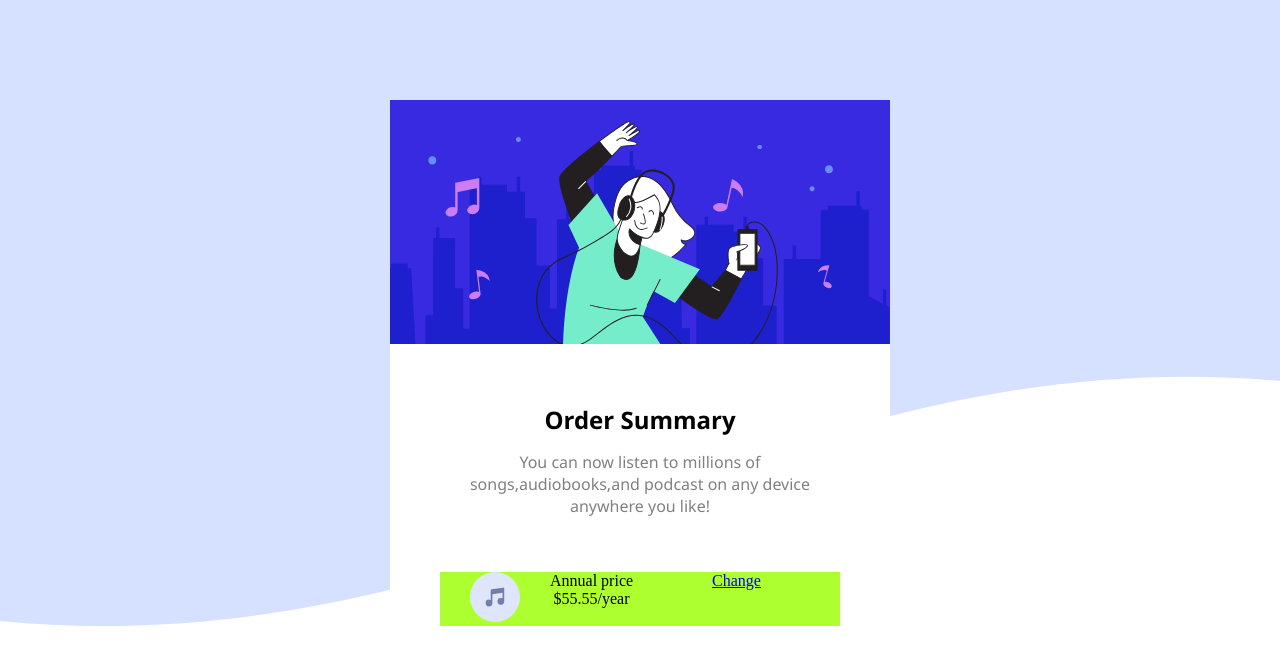
Repository: Eugene44-hub/newbie-project
Page: index.html
These files come from the project's save history. The page is drawn as it stood at one moment and after the next save; the edit follows.
The browser window is 1280 px wide. The pictures show the whole page.

Above is the page before, as saved 2021-08-29 03:33:58.

### index.html
<!DOCTYPE html>
<html lang="en">

<head>
    <link rel="stylesheet" href="style.css">
    <meta charset="UTF-8">
    <meta http-equiv="X-UA-Compatible" content="IE=edge">
    <meta name="viewport" content="width=device-width, initial-scale=1.0">
    <title>Document</title>
</head>

<body>
    <div class="container">

        <div class="card-container">
            <div class="card">
                <div class="content">
                    <img src="illustration-hero.svg">
                    <div class="text">
                        <h2>Order Summary</h2>
                        <p>You can now listen to millions of songs,audiobooks,and podcast on any device anywhere you like!</p>
                    </div>
                    <div class="musicCard">
                        <div class=musicIcon> <img src="icon-music.svg" id="icon" alt=""></div>
                        <div class="sub">Annual price <br>$55.55/year
                        </div>
                        <div class="link">
                            <a href="#">Change</a>
                        </div>
                    </div>
                </div>

            </div>
        </div>

    </div>
</body>

</html>

### style.css
* {
    padding: 0;
    margin: 0;
}

.container {
    background-image: url('pattern-background-desktop.svg');
    background-repeat: no-repeat;
    background-position: center;
    background-size: cover;
}

.card-container {
    display: flex;
    justify-content: center;
    align-content: center;
    padding-top: 100px;
}

img {
    width: 100%;
}

.card {
    flex: 50%;
    max-width: 500px;
}

.content {
    text-align: center;
    background-color: white;
}

h2,
p {
    font-family: 'Segoe UI', Tahoma, Geneva, Verdana, sans-serif;
}

.text {
    padding: 55px;
}

h2 {
    margin-bottom: 15px;
}

p {
    color: grey;
}

.musicCard {
    display: flex;
    justify-content: center;
    align-content: center;
    width: 80%;
    margin: auto;
    background-color: greenyellow;
}

.link {
    flex: 5%;
}

.musicIcon {
    flex: 90%;
    max-width: 50px;
    margin-right: 30px;
    margin-left: 30px;
}

.price {
    flex: 10%;
    text-align: right;
}

After the next save:
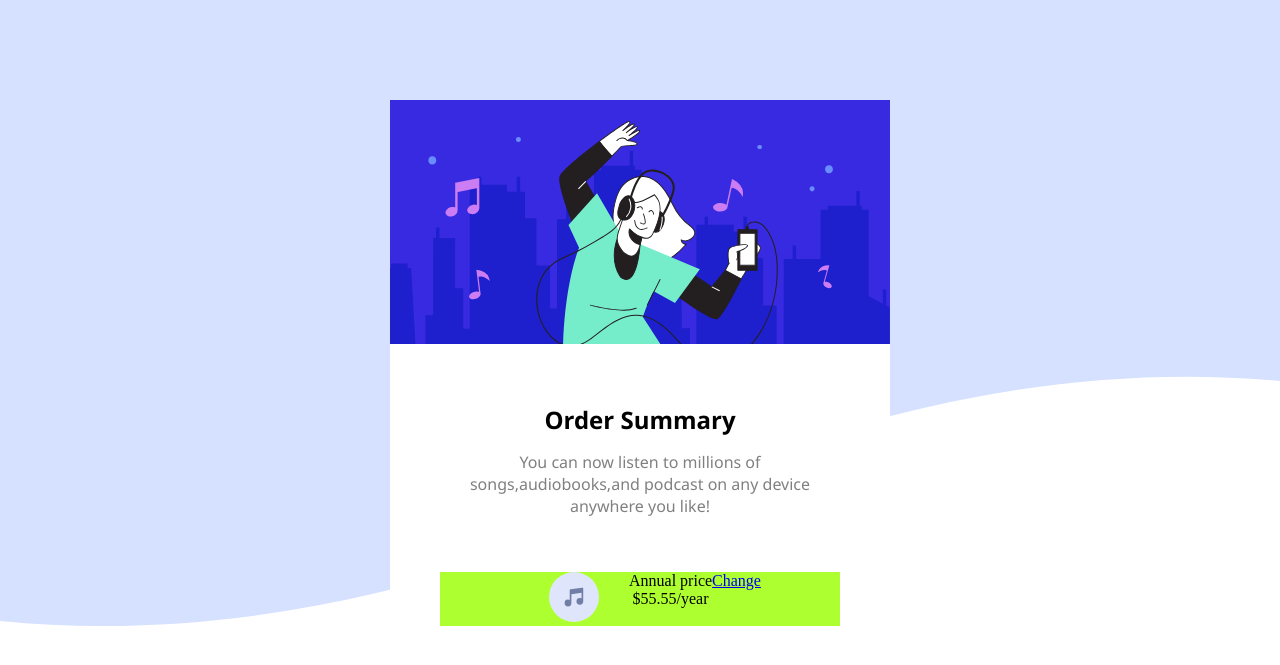
Saved 6 s later.
--- a/style.css
+++ b/style.css
@@ -57,9 +57,7 @@
     background-color: greenyellow;
 }
 
-.link {
-    flex: 5%;
-}
+.link {}
 
 .musicIcon {
     flex: 90%;

After the save that followed:
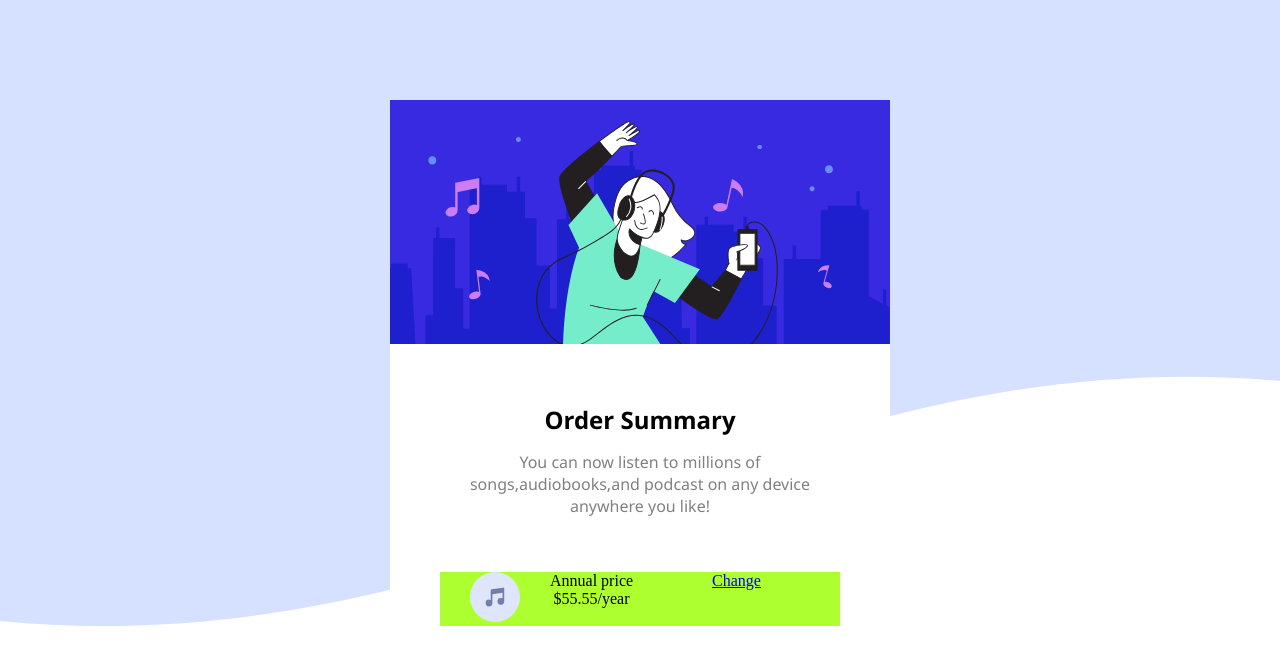
Saved 12 s later.
--- a/style.css
+++ b/style.css
@@ -57,7 +57,9 @@
     background-color: greenyellow;
 }
 
-.link {}
+.link {
+    flex: 5%;
+}
 
 .musicIcon {
     flex: 90%;
